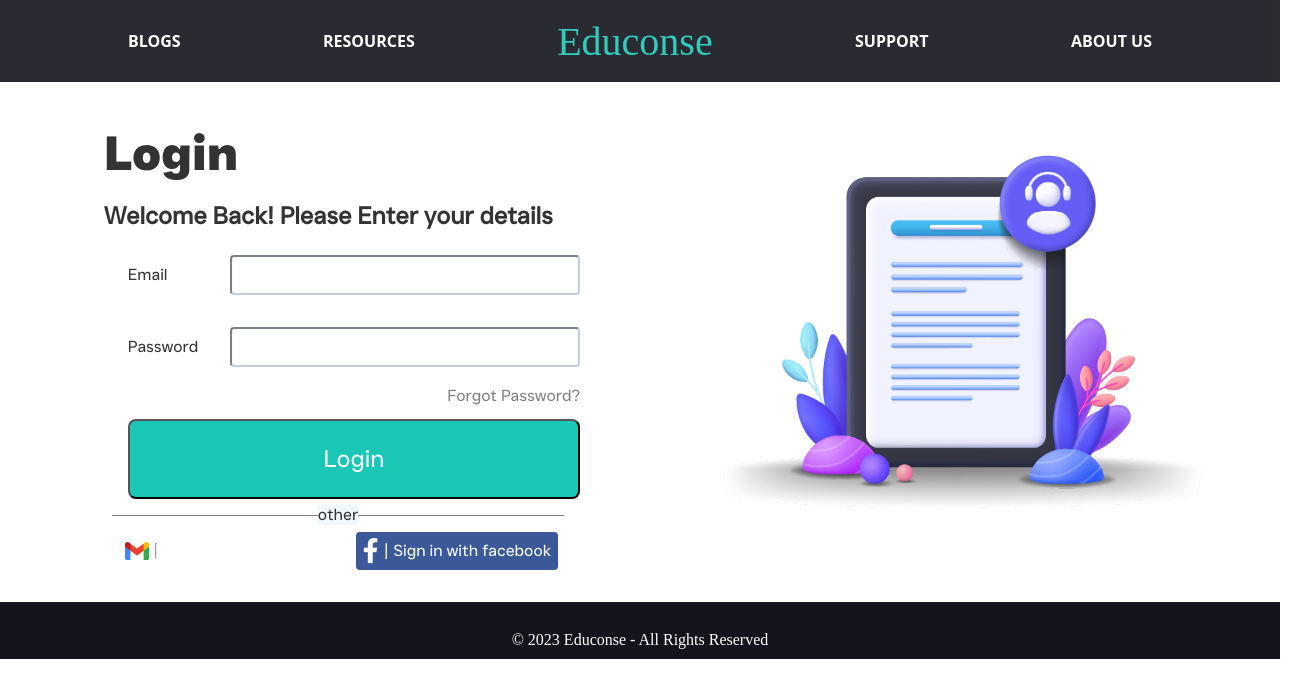
Repository: devajay07/educonse
Page: pages/login.html
These files come from the project's save history. The page is drawn as it stood at one moment and after the next save; the edit follows.
The browser window is 1280 px wide. The page is 1312 px wide, so the pictures cover 1312 px, including what lies to the right of the window. The pictures show the whole page.

Above is the page before, as saved 2023-10-15 03:19:55.

After the next save:
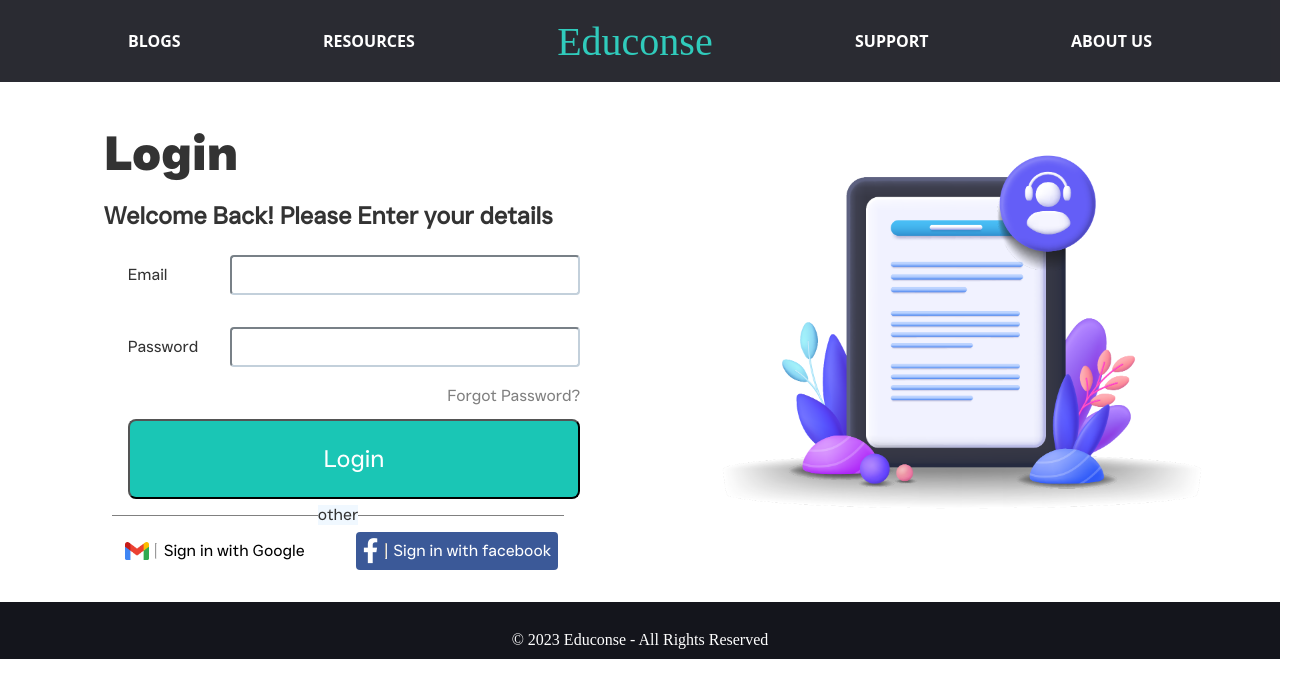
Saved 13 s later.
--- a/css/login.css
+++ b/css/login.css
@@ -121,7 +121,7 @@ input[type=password]{
   object-fit: contain;
 }
 .gmail p{
-  color:back;
+  color:black;
 }
 .facebook{
   background-color:#3b5998;
